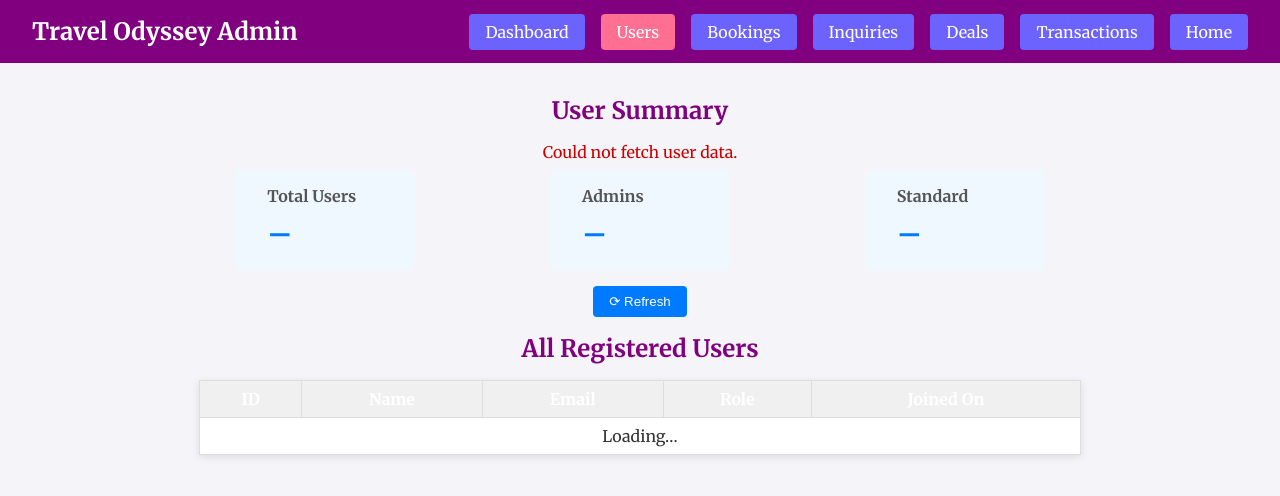
Repository: GHzPhoenix/Project-Odyssey
Page: Frontend/admin-users.html
These files come from the project's save history. The page is drawn as it stood at one moment and after the next save; the edit follows.
The browser window is 1280 px wide. The pictures show the whole page.
The page's requests for data from a server got no answer.

Above is the page before, as saved 2025-07-22 13:23:18.

### Frontend/admin-users.html
<!DOCTYPE html>
<html lang="en">
  <head>
    <meta charset="UTF-8" />
    <meta name="viewport" content="width=device-width,initial-scale=1.0" />
    <title>Admin – User Management | Travel Odyssey</title>
    <link rel="stylesheet" href="/Frontend/css/admin-users.css" />
    <style>
      .kpis {
        display: flex;
        justify-content: space-around;
        flex-wrap: wrap;
        gap: 1rem;
      }
      .kpi {
        background: #f0f8ff;
        padding: 1rem 2rem;
        border-radius: 8px;
        width: 180px;
      }
      .kpi h3 {
        margin: 0 0 0.5rem;
        font-size: 1rem;
        color: #555;
      }
      .kpi p {
        margin: 0;
        font-size: 2rem;
        color: #007bff;
        font-weight: bold;
      }
      .error {
        color: #c00;
        text-align: center;
        margin: 0.5rem 0;
      }
      button.refresh {
        display: block;
        margin: 1rem auto;
        padding: 0.5rem 1rem;
        border: none;
        background: #007bff;
        color: #fff;
        border-radius: 4px;
        cursor: pointer;
      }
      button.refresh:hover {
        background: #0056b3;
      }
      table {
        width: 95%;
        margin: 1rem auto;
        border-collapse: collapse;
      }
      th,
      td {
        padding: 0.5rem;
        border: 1px solid #ddd;
        text-align: center;
      }
      th {
        background: #f0f0f0;
      }
    </style>
  </head>
  <body>
    <header>
      <nav>
        <span class="logo">Travel Odyssey Admin</span>
        <ul>
          <li><a href="admin.html">Dashboard</a></li>
          <li><a href="admin-users.html" class="active">Users</a></li>
          <li><a href="admin-bookings.html">Bookings</a></li>
          <li><a href="inquiries.html">Inquiries</a></li>
          <li><a href="add-deal.html">Deals</a></li>
          <li><a href="transactions.html">Transactions</a></li>
          <li><a href="index.html">Home</a></li>
        </ul>
      </nav>
    </header>

    <main>
      <h2>User Summary</h2>
      <div id="users-error" class="error"></div>
      <div class="kpis">
        <div class="kpi">
          <h3>Total Users</h3>
          <p id="total_users">–</p>
        </div>
        <div class="kpi">
          <h3>Admins</h3>
          <p id="total_admins">–</p>
        </div>
        <div class="kpi">
          <h3>Standard</h3>
          <p id="total_standard">–</p>
        </div>
      </div>
      <button class="refresh" onclick="loadUsers()">⟳ Refresh</button>

      <h2>All Registered Users</h2>
      <table id="users-table">
        <thead>
          <tr>
            <th>ID</th>
            <th>Name</th>
            <th>Email</th>
            <th>Role</th>
            <th>Joined On</th>
          </tr>
        </thead>
        <tbody>
          <tr>
            <td colspan="5">Loading…</td>
          </tr>
        </tbody>
      </table>
    </main>

    <script>
      const API = "http://127.0.0.1:5002";
      const token = localStorage.getItem("token") || "";

      async function fetchJSON(path, opts = {}) {
        opts.headers = {
          "Content-Type": "application/json",
          Authorization: "Bearer " + token,
          ...opts.headers,
        };
        const res = await fetch(API + path, opts);
        if (!res.ok) throw new Error(`HTTP ${res.status}`);
        return res.json();
      }

      async function loadUsers() {
        const errEl = document.getElementById("users-error");
        errEl.textContent = "";

        try {
          // 1) Fetch summary
          const stats = await fetchJSON("/api/users/summary");
          document.getElementById("total_users").textContent =
            stats.total_users;
          document.getElementById("total_admins").textContent =
            stats.total_admins;
          document.getElementById("total_standard").textContent =
            stats.total_standard;

          // 2) Fetch full list
          const list = await fetchJSON("/api/users/all");
          const tbody = document.querySelector("#users-table tbody");

          if (list.length === 0) {
            tbody.innerHTML = "<tr><td colspan='5'>No users found.</td></tr>";
            return;
          }

          tbody.innerHTML = list
            .map(
              (u) => `
                <tr>
                  <td>${u.id}</td>
                  <td>${u.name}</td>
                  <td>${u.email}</td>
                  <td>${u.role}</td>
                  <td>${new Date(u.created_at).toLocaleDateString()}</td>
                </tr>`
            )
            .join("");
        } catch (err) {
          console.error("Cannot load users:", err);
          document.getElementById("users-error").textContent =
            "Could not fetch user data.";
        }
      }

      document.addEventListener("DOMContentLoaded", loadUsers);
    </script>
  </body>
</html>

### Frontend/css/admin-users.css
@import url("https://fonts.googleapis.com/css2?family=Merriweather:wght@300;400;700&display=swap");

* {
  box-sizing: border-box;
  margin: 0;
  padding: 0;
}

body {
  font-family: "Merriweather", serif;
  background: #f4f4f9;
  color: #333;
}

.action-btn,
.action {
  background: #6c63ff;
  color: white;
  border: none;
  padding: 0.4rem 0.8rem;
  border-radius: 4px;
  cursor: pointer;
  font-size: 0.9rem;
  transition: background 0.2s ease;
}

.action-btn:hover,
.action:hover {
  background: #5950d4;
}

.modal-overlay {
  display: none;
  position: fixed;
  inset: 0;
  background: rgba(0, 0, 0, 0.6);
  align-items: center;
  justify-content: center;
  z-index: 1000;
}

.modal-overlay.active {
  display: flex;
}

.modal {
  background: #fff;
  padding: 2rem;
  border-radius: 8px;
  width: 90%;
  max-width: 400px;
  box-shadow: 0 2rem 4rem rgba(0, 0, 0, 0.2);
}

.modal h3 {
  margin-bottom: 1rem;
  color: purple;
}

.modal table {
  width: 100%;
  border-collapse: collapse;
  margin-top: 1rem;
}

.modal th,
.modal td {
  padding: 0.5rem;
  border: 1px solid #ddd;
}

.modal th {
  background: #f9f9ff;
}

.modal-footer {
  text-align: right;
  margin-top: 1rem;
}

header nav {
  background: purple;
  padding: 1rem 2rem;
  display: flex;
  align-items: center;
  justify-content: space-between;
}

header nav .logo {
  color: white;
  font-size: 1.5rem;
  font-weight: bold;
}

header nav ul {
  list-style: none;
  display: flex;
  gap: 1rem;
}

header nav a {
  color: white;
  text-decoration: none;
  padding: 0.5rem 1rem;
  background: #6c63ff;
  border-radius: 4px;
  transition: background 0.2s;
}

header nav a.active,
header nav a:hover {
  background: #ff6f91;
}

main {
  max-width: 960px;
  margin: 2rem auto;
  padding: 0 1rem;
}

h2 {
  color: purple;
  margin-bottom: 1rem;
  text-align: center;
}

table {
  width: 100%;
  border-collapse: collapse;
  background: white;
  margin-top: 1rem;
  box-shadow: 0 2px 8px rgba(0, 0, 0, 0.1);
}

th,
td {
  padding: 0.75rem 1rem;
  border: 1px solid #ddd;
  text-align: left;
}

th {
  background: purple;
  color: white;
  font-weight: 600;
}

tr:nth-child(even) td {
  background: #f9f9ff;
}

.file-input-btn {
  display: inline-block;
  background: #6c63ff;
  color: #fff;
  padding: 0.5rem 1rem;
  border-radius: 4px;
  cursor: pointer;
  font-size: 0.9rem;
  transition: background 0.2s;
}

.file-input-btn:hover {
  background: #5950d4;
}

#modal-file-chosen {
  margin-left: 0.75rem;
  font-size: 0.9rem;
  color: #555;
  vertical-align: middle;
}

.file-input-group {
  margin-bottom: 1rem;
}

After the next save:
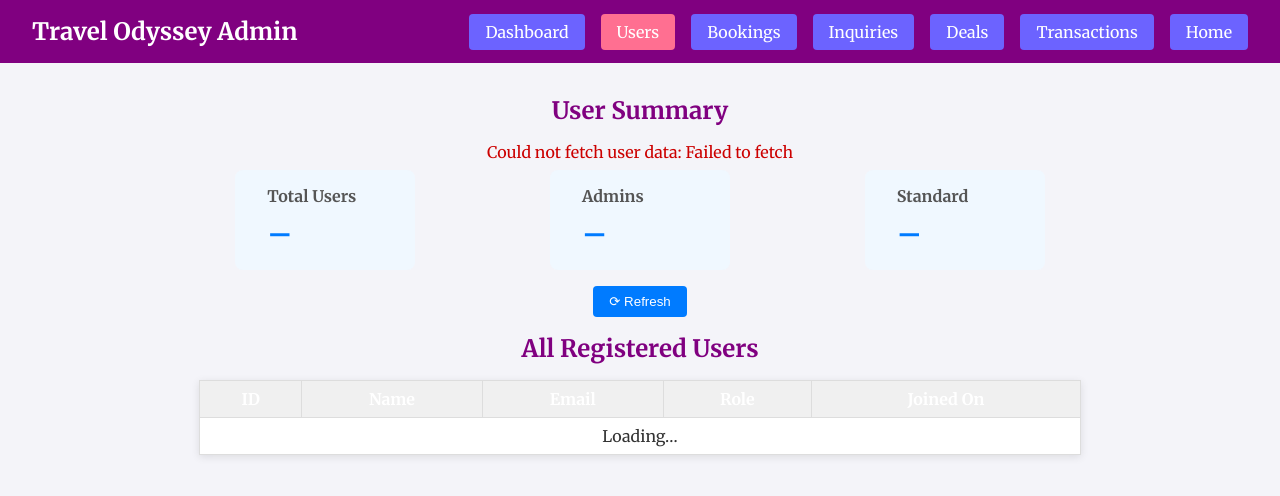
Saved 3 min 33 s later.
--- a/Frontend/admin-users.html
+++ b/Frontend/admin-users.html
@@ -97,7 +97,6 @@
         </div>
       </div>
       <button class="refresh" onclick="loadUsers()">⟳ Refresh</button>
-
       <h2>All Registered Users</h2>
       <table id="users-table">
         <thead>
@@ -116,7 +115,6 @@
         </tbody>
       </table>
     </main>
-
     <script>
       const API = "http://127.0.0.1:5002";
       const token = localStorage.getItem("token") || "";
@@ -127,8 +125,12 @@
           Authorization: "Bearer " + token,
           ...opts.headers,
         };
+        console.log("GET", API + path);
         const res = await fetch(API + path, opts);
-        if (!res.ok) throw new Error(`HTTP ${res.status}`);
+        if (!res.ok) {
+          console.error(await res.text());
+          throw new Error(`HTTP ${res.status}`);
+        }
         return res.json();
       }
 
@@ -137,7 +139,6 @@
         errEl.textContent = "";
 
         try {
-          // 1) Fetch summary
           const stats = await fetchJSON("/api/users/summary");
           document.getElementById("total_users").textContent =
             stats.total_users;
@@ -146,31 +147,28 @@
           document.getElementById("total_standard").textContent =
             stats.total_standard;
 
-          // 2) Fetch full list
           const list = await fetchJSON("/api/users/all");
           const tbody = document.querySelector("#users-table tbody");
-
-          if (list.length === 0) {
+          if (!list.length) {
             tbody.innerHTML = "<tr><td colspan='5'>No users found.</td></tr>";
             return;
           }
-
           tbody.innerHTML = list
             .map(
               (u) => `
-                <tr>
-                  <td>${u.id}</td>
-                  <td>${u.name}</td>
-                  <td>${u.email}</td>
-                  <td>${u.role}</td>
-                  <td>${new Date(u.created_at).toLocaleDateString()}</td>
-                </tr>`
+            <tr>
+              <td>${u.id}</td>
+              <td>${u.name}</td>
+              <td>${u.email}</td>
+              <td>${u.role}</td>
+              <td>${new Date(u.created_at).toLocaleDateString()}</td>
+            </tr>
+          `
             )
             .join("");
         } catch (err) {
           console.error("Cannot load users:", err);
-          document.getElementById("users-error").textContent =
-            "Could not fetch user data.";
+          errEl.textContent = "Could not fetch user data: " + err.message;
         }
       }
 

After the save that followed:
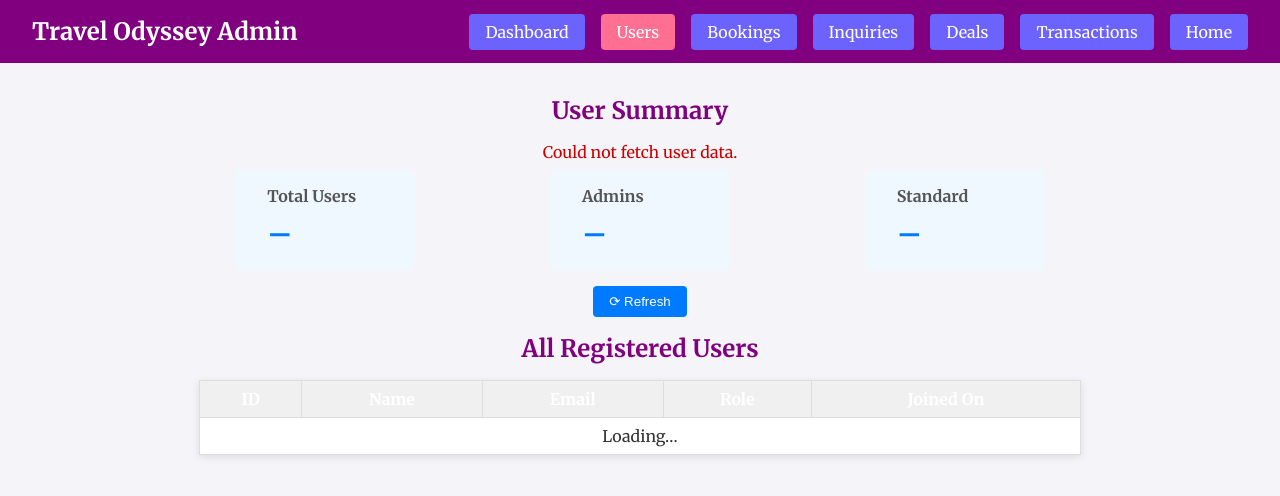
Saved 4 min 21 s later.
--- a/Frontend/admin-users.html
+++ b/Frontend/admin-users.html
@@ -116,7 +116,7 @@
       </table>
     </main>
     <script>
-      const API = "http://127.0.0.1:5002";
+      const API = "http://127.0.0.1:5001";
       const token = localStorage.getItem("token") || "";
 
       async function fetchJSON(path, opts = {}) {
@@ -125,12 +125,8 @@
           Authorization: "Bearer " + token,
           ...opts.headers,
         };
-        console.log("GET", API + path);
         const res = await fetch(API + path, opts);
-        if (!res.ok) {
-          console.error(await res.text());
-          throw new Error(`HTTP ${res.status}`);
-        }
+        if (!res.ok) throw new Error(`HTTP ${res.status}`);
         return res.json();
       }
 
@@ -139,6 +135,7 @@
         errEl.textContent = "";
 
         try {
+          // 1) fetch the summary counts
           const stats = await fetchJSON("/api/users/summary");
           document.getElementById("total_users").textContent =
             stats.total_users;
@@ -147,28 +144,31 @@
           document.getElementById("total_standard").textContent =
             stats.total_standard;
 
-          const list = await fetchJSON("/api/users/all");
+          // 2) fetch the full list of users
+          const list = await fetchJSON("/api/users");
           const tbody = document.querySelector("#users-table tbody");
+
           if (!list.length) {
             tbody.innerHTML = "<tr><td colspan='5'>No users found.</td></tr>";
             return;
           }
+
           tbody.innerHTML = list
             .map(
               (u) => `
-            <tr>
-              <td>${u.id}</td>
-              <td>${u.name}</td>
-              <td>${u.email}</td>
-              <td>${u.role}</td>
-              <td>${new Date(u.created_at).toLocaleDateString()}</td>
-            </tr>
-          `
+        <tr>
+          <td>${u.id}</td>
+          <td>${u.name}</td>
+          <td>${u.email}</td>
+          <td>${u.role}</td>
+          <td>${new Date(u.created_at).toLocaleDateString()}</td>
+        </tr>`
             )
             .join("");
         } catch (err) {
           console.error("Cannot load users:", err);
-          errEl.textContent = "Could not fetch user data: " + err.message;
+          document.getElementById("users-error").textContent =
+            "Could not fetch user data.";
         }
       }
 
